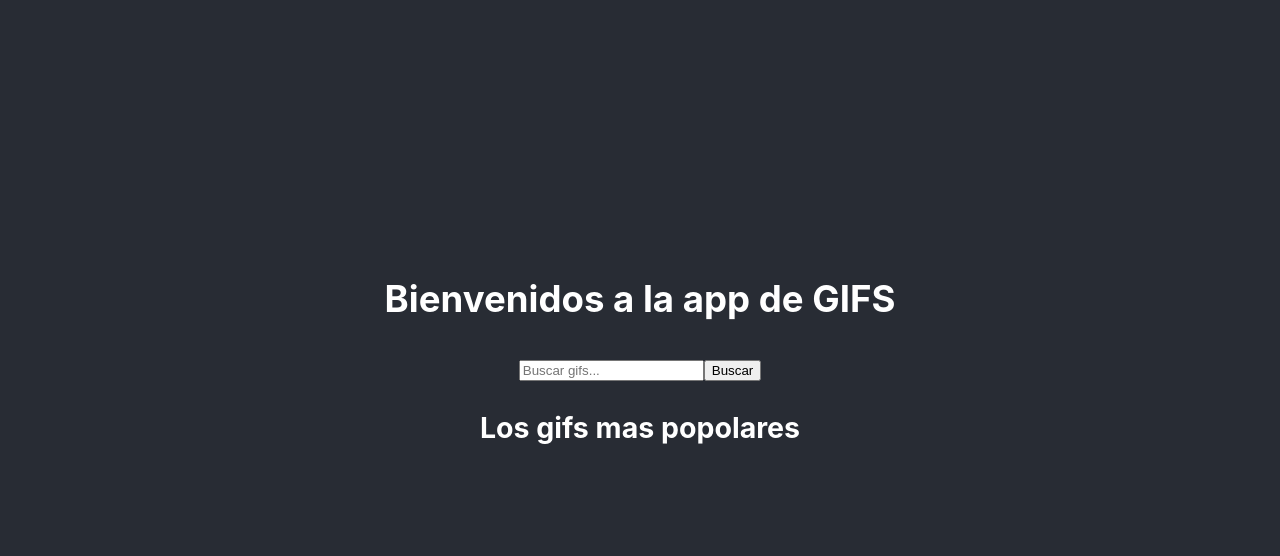
Repository: DamianBermudez94/buscador-gifs
Page: /
These files come from the project's save history. The page is drawn as it stood at one moment and after the next save; the edit follows.
The browser window is 1280 px wide. The pictures show the whole page.
The project was rebuilt for these pictures with package versions that can differ from the ones it lists, and the page was loaded fresh each time. Also part of the build but not shown: src/component/gifs.css, src/component/gif.js, src/api/urlApi.js, src/component/ListOfGifs.js, src/pages/searchResults/index.js. Imported but missing from the stored project, and not drawn on this page: .

Above is the page before, as saved 2022-10-10 18:31:17.

### src/App.js
import React from 'react';
import './App.css';
import ListOfGifs from './component/ListOfGifs';
import Home from './pages/home';
import SearchResults from './pages/searchResults';
import {Link, Route} from "wouter"


export function App() {
  return (
    <div className="App">
      <section className="App-content">
          <h1>Bienvenidos a la app de GIFS</h1>
          <Route
          component={Home}
          path="/"
          />
          <Route
            component={SearchResults}
            path="/search/:keyword"
          />
          <Route
            component={ListOfGifs}
            path="/gif/:keyword"/>



      </section>
    </div>
  );
}

export default App;

### src/App.css
.App {
  text-align: center;
}



.App-content {
  background-color: #282c34;
  min-height: 100vh;
  display: flex;
  flex-direction: column;
  align-items: center;
  justify-content: center;
  font-size: calc(10px + 2vmin);
  color: white;
}

### src/pages/home/index.js
import React, {useState} from "react";
import {Link, useLocation} from "wouter";

const POPULAR_GIFS = ["Matrix", "Messi","Code","Gamming"];


export default function Home(){
    const [keyword, setKeyword] = useState('');
    const [path, pushLocation] = useLocation();
    const handleSubmit = event =>{
        event.preventDefault();
        // navegar a otra ruta
        pushLocation(`/search/${keyword}`)
    }
    const handleChanche = event =>{
        setKeyword(event.target.value);
    }
    return (
        <div>
            <form onSubmit={handleSubmit}>
                <input placeholder="Buscar gifs..." onChange={handleChanche} type="text" value={keyword} />
                <button>Buscar</button>
            </form>
            <h3 className="App-title">Los gifs mas popolares</h3>
            <ul>
                {POPULAR_GIFS.map((popularesGifs)=>{
                    <li key={popularesGifs}>
                        <Link to={`/search/${popularesGifs}`}>Gifs de {popularesGifs}</Link>
                    </li>
                })}
            </ul>
        </div>
    )
}

Loaded but not shown: public/index.html (common file); src/index.js (common file); src/index.css (common file); src/reportWebVitals.js (common file)

After the next save:
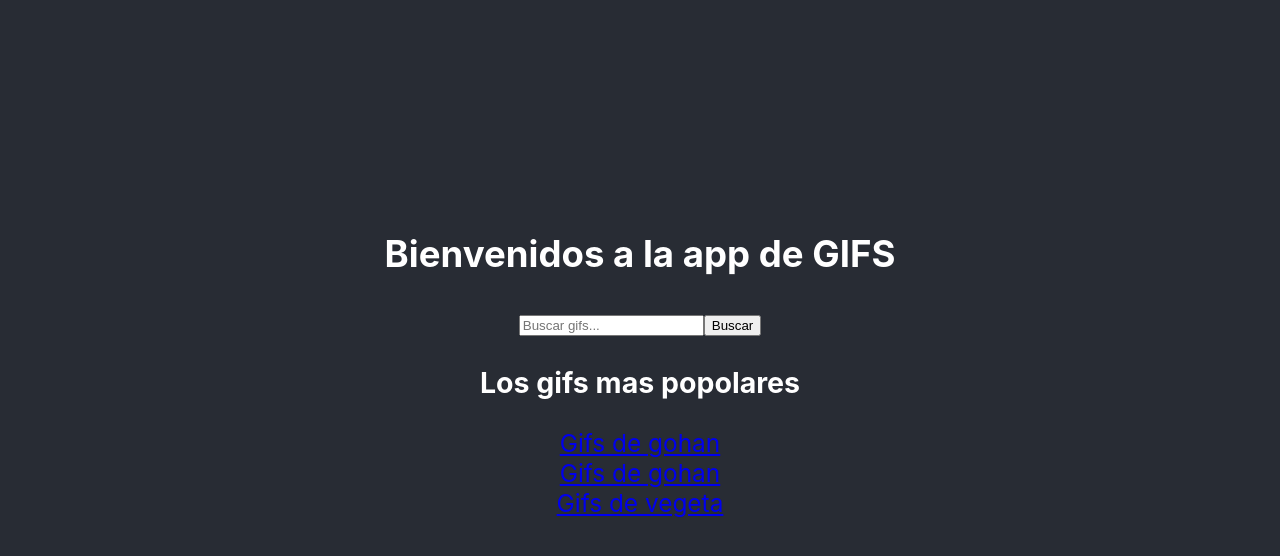
Saved 7 min 34 s later.
--- a/src/App.js
+++ b/src/App.js
@@ -2,7 +2,6 @@
 import './App.css';
 import ListOfGifs from './component/ListOfGifs';
 import Home from './pages/home';
-import SearchResults from './pages/searchResults';
 import {Link, Route} from "wouter"
 
 
@@ -12,13 +11,13 @@
       <section className="App-content">
           <h1>Bienvenidos a la app de GIFS</h1>
           <Route
+
           component={Home}
           path="/"
           />
-          <Route
-            component={SearchResults}
-            path="/search/:keyword"
-          />
+          <Link to="/gif/gohan"> Gifs de gohan</Link>
+          <Link to="/gif/majinbu"> Gifs de gohan</Link>
+          <Link to="/gif/vegeta"> Gifs de vegeta</Link>
           <Route
             component={ListOfGifs}
             path="/gif/:keyword"/>

After the save that followed:
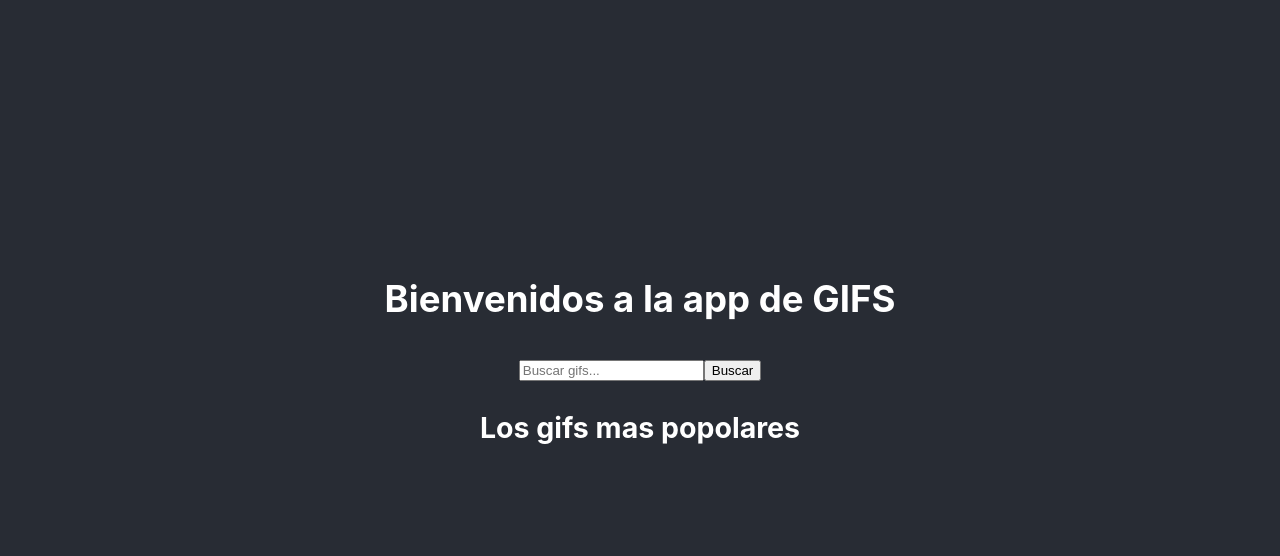
Saved 4 min 57 s later.
--- a/src/App.js
+++ b/src/App.js
@@ -15,9 +15,6 @@
           component={Home}
           path="/"
           />
-          <Link to="/gif/gohan"> Gifs de gohan</Link>
-          <Link to="/gif/majinbu"> Gifs de gohan</Link>
-          <Link to="/gif/vegeta"> Gifs de vegeta</Link>
           <Route
             component={ListOfGifs}
             path="/gif/:keyword"/>
